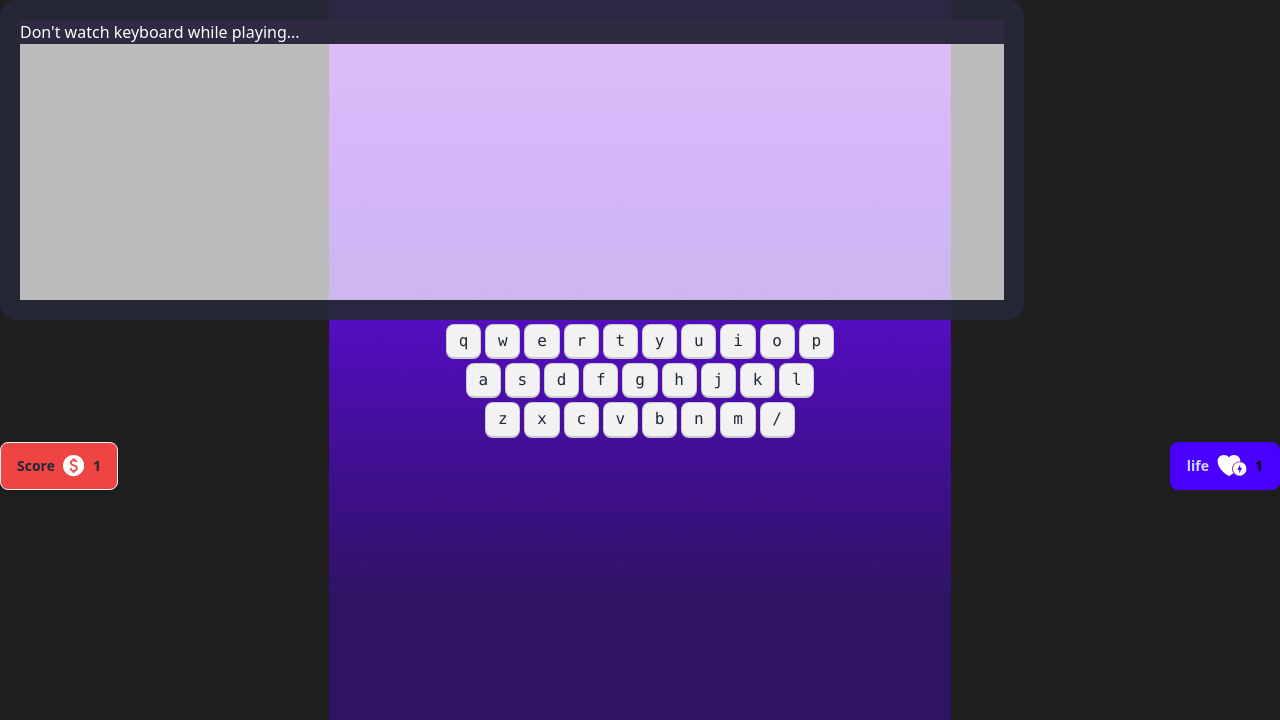
Repository: RudrasahaDibos/Alphabet-clash-
Page: index.html
An editor plug-in stored every save of this project. The page is shown before and after a run of saves, followed by the edit.
The browser window is 1280 px wide. The pictures show the whole page.
Some web fonts or font styles are not loaded; a fallback is used. Some web libraries are served in a nearby version.

Above is the page before, as saved 2024-11-04 12:24:29.

After the next 3 saves:
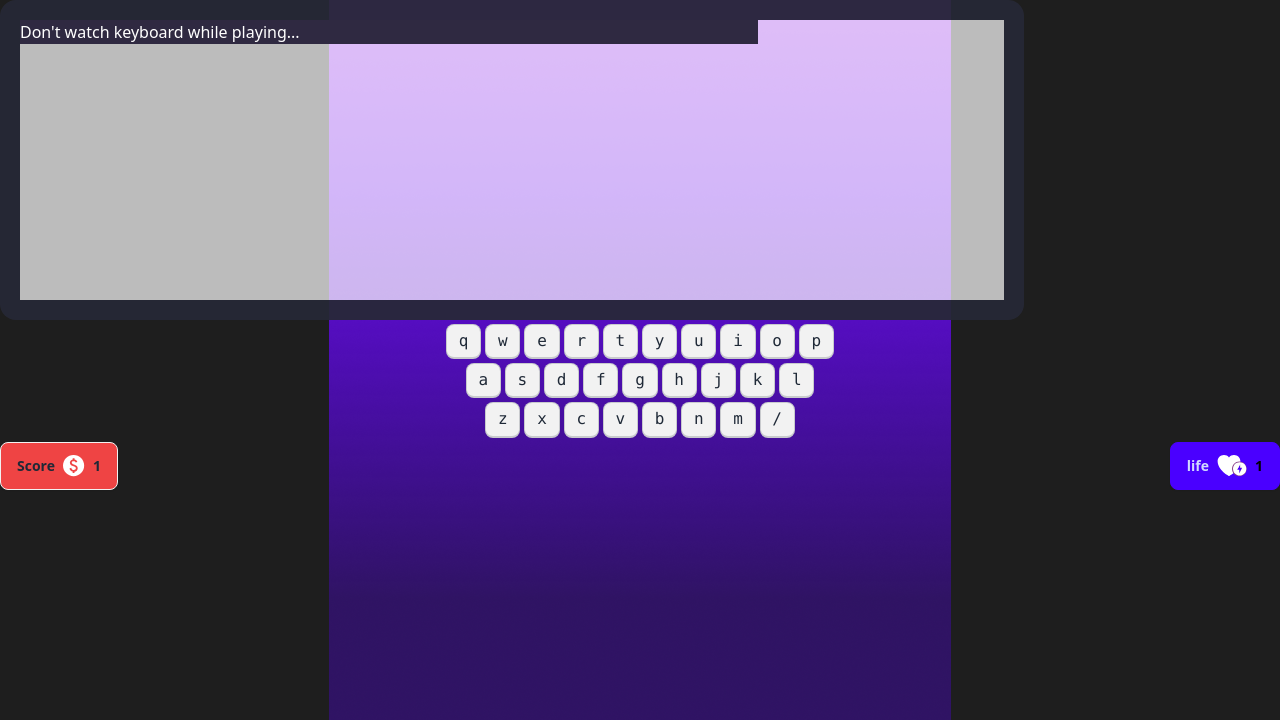
The 3 saves are shown as one change because they came seconds apart.
The last was saved 7 s later.
--- a/index.html
+++ b/index.html
@@ -34,7 +34,7 @@
                     <!-- display screen start here -->
                     <div class="artboard artboard-horizontal phone-6 border-[20px] border-[#010313CC] bg-[#FFFFFFB3] rounded-2xl">
                           <div>
-                            <p class="text-white bg-[#2F2941] ">Don't watch keyboard  while playing...</p>
+                            <p class="text-white bg-[#2F2941] w-3/4">Don't watch keyboard  while playing...</p>
                           </div>
                     </div>
                      <!-- dispaly screen end here -->
